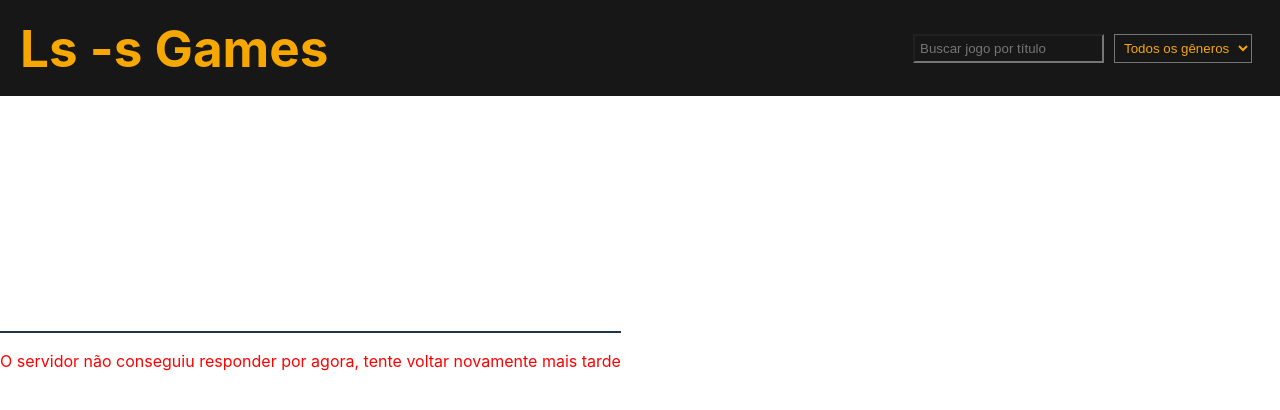
Repository: nlemuel/games-front-test
Page: /
An editor plug-in stored every save of this project. The page is shown before and after the next save, followed by the edit.
The browser window is 1280 px wide. The pictures show the whole page.
The page's requests for data from a server got no answer. The project was rebuilt for these pictures with package versions that can differ from the ones it lists, and the page was loaded fresh each time. No one was signed in, and anything a server would have sent is missing. Also part of the build but not shown: vite.config.ts.

Above is the page before, as saved 2023-06-25 17:36:58.

### src/App.tsx
import React from 'react';
import Home from './pages/Home';

const App: React.FC = () => {
  return <Home />;
};

export default App;

### src/index.css
:root {
  font-family: Inter, system-ui, Avenir, Helvetica, Arial, sans-serif;
  line-height: 1.5;
  font-weight: 400;

  color-scheme: light dark;
  color: rgba(255, 255, 255, 0.87);
  background-color: #171617;

  font-synthesis: none;
  text-rendering: optimizeLegibility;
  -webkit-font-smoothing: antialiased;
  -moz-osx-font-smoothing: grayscale;
  -webkit-text-size-adjust: 100%;
}

a {
  font-weight: 500;
  color: #646cff;
  text-decoration: inherit;
}
a:hover {
  color: #535bf2;
}

body {
  margin: 0;
  display: flex;
  place-items: center;
  min-width: 320px;
  min-height: 100vh;
}

h1 {
  font-size: 3.2em;
  line-height: 1.1;
}

button {
  border-radius: 8px;
  border: 1px solid transparent;
  padding: 0.6em 1.2em;
  font-size: 1em;
  font-weight: 500;
  font-family: inherit;
  background-color: #1a1a1a;
  cursor: pointer;
  transition: border-color 0.25s;
}
button:hover {
  border-color: #646cff;
}
button:focus,
button:focus-visible {
  outline: 4px auto -webkit-focus-ring-color;
}

@media (prefers-color-scheme: light) {
  :root {
    color: #213547;
    background-color: #ffffff;
  }
  a:hover {
    color: #747bff;
  }
  button {
    background-color: #f9f9f9;
  }
}

### src/pages/Home.tsx
import React, { useState, useEffect } from 'react';
import Container from '../components/Container/styles';
import Card from '../components/Card/styles';
import Title from '../components/Title/styles';
import Image from '../components/Image/styles';
import ErrorMessage from '../components/ErrorMessage/styles';
import Loader from '../components/Loader/styles';
import Header from '../components/Header';

import { fetchGames } from '../api/api';
import DescriptionText from '../components/Description/styles';

interface Game {
  id: number;
  title: string;
  genre: string;
  thumbnail: string;
  short_description: string;
}

const Home: React.FC = () => {
  const [loading, setLoading] = useState<boolean>(true);
  const [error, setError] = useState<string>('');
  const [games, setGames] = useState<Game[]>([]);
  const [searchTerm, setSearchTerm] = useState<string>('');
  const [selectedGenre, setSelectedGenre] = useState<string>('');
  const [genres, setGenres] = useState<string[]>([]);

  useEffect(() => {
    const fetchData = async () => {
      try {
        setLoading(true);
        setError('');

        const fetchedGames = await fetchGames();
        setGames(fetchedGames);

        const uniqueGenres = [...new Set(fetchedGames.map((game) => game.genre))];
        setGenres(uniqueGenres);
      } catch (error: any) {
        setError(error.message);
      } finally {
        setLoading(false);
      }
    };

    fetchData();
  }, []);

  const handleSearch = (event: React.ChangeEvent<HTMLInputElement>) => {
    setSearchTerm(event.target.value);
  };

  const handleGenreChange = (event: React.ChangeEvent<HTMLSelectElement>) => {
    setSelectedGenre(event.target.value);
  };

  const filteredGames = games.filter((game) =>
    game.title.toLowerCase().includes(searchTerm.toLowerCase())
  );

  const filteredGamesByGenre = selectedGenre
    ? filteredGames.filter((game) => game.genre === selectedGenre)
    : filteredGames;

  return (
    <div>
      <Header
        setSearchTerm={handleSearch}
        selectedGenre={selectedGenre}
        handleGenreChange={handleGenreChange}
        genres={genres}
      />

      {loading ? (
        <Loader>Carregando...</Loader>
      ) : (
        <Container>
          {filteredGamesByGenre.map((game) => (
            <Card key={game.id}>
              <Title>{game.title}</Title>
              <Image src={game.thumbnail} alt={game.title} />
              <DescriptionText>{game.short_description}</DescriptionText>
            </Card>
          ))}
        </Container>
      )}

      {error && <ErrorMessage>{error}</ErrorMessage>}
    </div>
  );
};

export default Home;

### src/components/Container/styles.tsx
import styled from 'styled-components';

const Container = styled.div`
  display: flex;
  flex-wrap: wrap;
  justify-content: center;
  border: 1px solid;
  min-width: 70%;
`;

export default Container;

### src/components/Card/styles.tsx
import styled from 'styled-components';

const Card = styled.div`
  flex: 0 0 30%;
  margin: 10px;
  padding: 10px;
  background-color: #161716;
  border-radius: 5px;
  margin-top: 5rem;

  border: 1px solid;
`;

export default Card;

### src/components/Title/styles.tsx
import styled from 'styled-components';

const Title = styled.h3`
  color: #f6a700;
  margin: 0;
`;

export default Title;

### src/components/Image/styles.tsx
import styled from 'styled-components';

const Image = styled.img`
  width: 100%;
  height: auto;
  margin-bottom: 10px;
`;

export default Image;

### src/components/ErrorMessage/styles.tsx
import styled from 'styled-components';

const ErrorMessage = styled.p`
  color: red;
`;

export default ErrorMessage;

### src/components/Loader/styles.tsx
import styled from 'styled-components';

const Loader = styled.div`
  display: flex;
  justify-content: center;
  align-items: center;
  height: 200px;
  font-size: 24px;
`;

export default Loader;

### src/components/Header/index.tsx
import React from 'react';
import styled from 'styled-components';

const HeaderContainer = styled.header`
  background-color: #161716;
  padding: 20px;
  position: fixed;
  top: 0;
  width: 100%;
  z-index: 9999;
  display: flex;
  align-items: center;
  justify-content: space-between;

`;

const Title = styled.h1`
  color: #f6a700;
  margin: 0;
`;

const SearchBar = styled.input`
  padding: 5px;
  background-color: #161716;
  color: #f6a700;
  margin-right: 10px;
`;

const GenreFilter = styled.select`
  padding: 5px;
  background-color: #161716;
  color: #f6a700;
  margin-right: 3rem;
`;

interface HeaderProps {
  setSearchTerm: (event: React.ChangeEvent<HTMLInputElement>) => void;
  selectedGenre: string;
  handleGenreChange: (event: React.ChangeEvent<HTMLSelectElement>) => void;
  genres: string[];
}

const Header: React.FC<HeaderProps> = ({
  setSearchTerm,
  selectedGenre,
  handleGenreChange,
  genres,
}) => {
  const handleSearch = (event: React.ChangeEvent<HTMLInputElement>) => {
    setSearchTerm(event); // Ajuste aqui para passar o evento diretamente
  };

  return (
    <HeaderContainer>
      <Title>Ls -s Games</Title>
      <div>
      <SearchBar
        type="text"
        placeholder="Buscar jogo por título"
        onChange={handleSearch}
      />
      <GenreFilter value={selectedGenre} onChange={handleGenreChange}>
        <option value="">Todos os gêneros</option>
        {genres.map((genre) => (
          <option key={genre} value={genre}>
            {genre}
          </option>
        ))}
      </GenreFilter>
      </div>
    </HeaderContainer>
  );
};

export default Header;

### src/api/api.ts
import axios, { AxiosResponse } from 'axios';

interface Game {
  id: number;
  title: string;
  genre: string;
  thumbnail: string;
  short_description: string;
}

const API_URL = 'https://games-test-api-81e9fb0d564a.herokuapp.com/api/data/';

const fetchGames = async (): Promise<Game[]> => {
  try {
    const config = {
      headers: {
        'dev-email-address': 'lemuelayres@gmail.com'
      },
    };

    const response: AxiosResponse<Game[]> = await axios.get(API_URL, config);
    return response.data;
  } catch (error: any) {
    if (error.response && error.response.status >= 500 && error.response.status <= 509) {
      throw new Error('O servidor falhou em responder, tente recarregar a página');
    } else {
      throw new Error('O servidor não conseguiu responder por agora, tente voltar novamente mais tarde');
    }
  }
};

export { fetchGames };

### src/components/Description/styles.tsx
import styled from 'styled-components';

const DescriptionText = styled.p`
  color: #ffffff;
`;

export default DescriptionText;

Loaded but not shown: index.html (common file); src/main.tsx (common file)

After the next save:
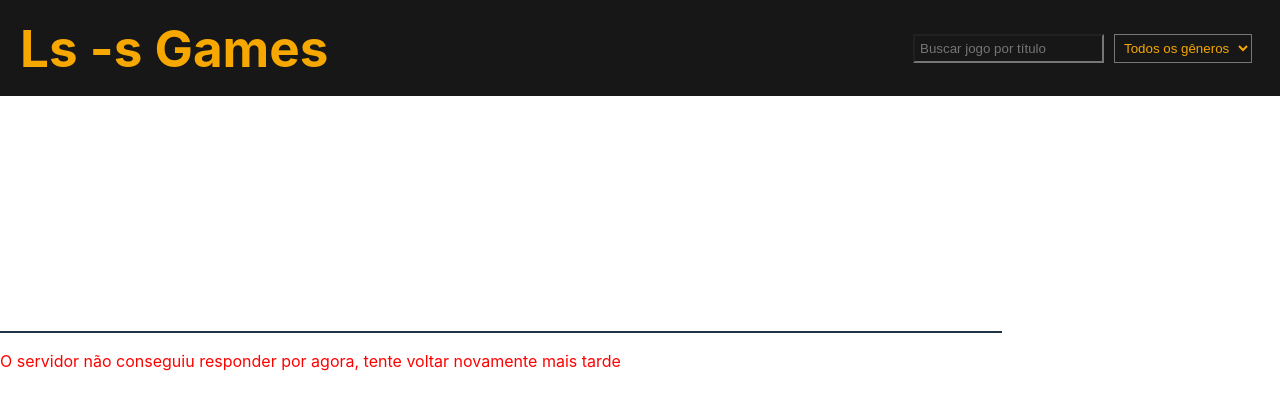
Saved 21 s later.
--- a/src/components/Container/styles.tsx
+++ b/src/components/Container/styles.tsx
@@ -5,7 +5,7 @@ const Container = styled.div`
   flex-wrap: wrap;
   justify-content: center;
   border: 1px solid;
-  min-width: 70%;
+  min-width: 1000px;
 `;
 
 export default Container;
